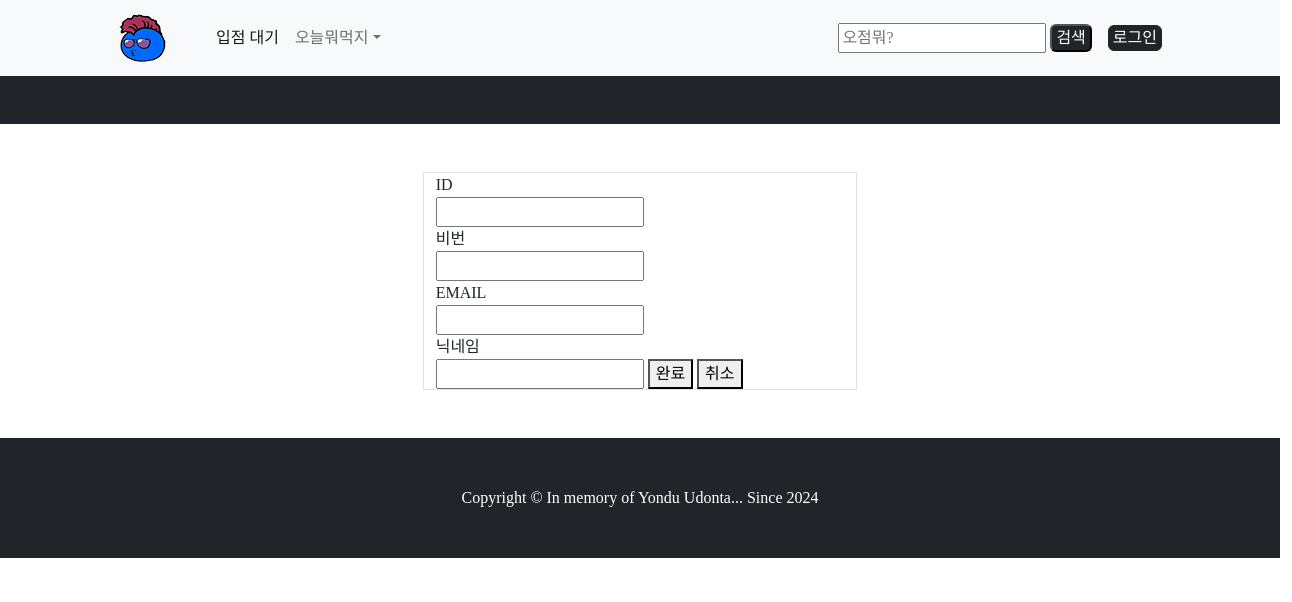
Repository: ashwan94/ydzone
Page: http://localhost/YonduZone/signUp
An editor plug-in stored every save of this project. The page is shown before and after the next save, followed by the edit.
The browser window is 1280 px wide. The page is 1292 px wide, so the pictures cover 1292 px, including what lies to the right of the window. The pictures show the whole page.
Some web fonts or font styles are not loaded; a fallback is used. The page is served by Tomcat 9. Other server files are loaded and not shown.

Above is the page before, as saved 2024-05-01 11:02:22.

### YonduZone/src/main/webapp/WEB-INF/views/common/signUp.jsp
<%@ page language="java" contentType="text/html; charset=UTF-8"
	pageEncoding="UTF-8"%>
<jsp:include page="/WEB-INF/views/common/header.jsp">
	<jsp:param value="회원가입" name="title" />
</jsp:include>

<div class="row my-5">
	<div class="col-4"></div>
	<div class="col-4 border">
		<form action="/signUp" method="post" id="signUpForm">
			<label>
				<div>ID</div>
				<input type="text" name="id">
			</label>
			<label>
				<div>비번</div>
				<input type="password" name="pw">
			</label>
			<label>
				<div>EMAIL</div>
				<input type="email" name="email">
			</label>
			<label>
				<div>닉네임</div>
				<input type="text" name="nickName">
			</label>
			<input type="hidden" value="${msg }" id="msg">
			<button type="submit" id="submitBtn">완료</button>
			<button type="button" id="backBtn">취소</button>
		</form>
	</div>
	<div class="col-4"></div>
</div>


<script>
	const msgEl = document.querySelector("#msg");
	if(msgEl.value != ""){
		alert(msgEl.value);
	}

	const submitBtn = document.querySelector("#submitBtn");
	const backBtn = document.querySelector("#backBtn");

	submitBtn.addEventListener("click", function(e) {
		e.preventDefault();

		const idEl = document.querySelector("[name='id']");
		const pwEl = document.querySelector("[name='pw']");
		const emailEl = document.querySelector("[name='email']");
		const nickNameEl = document.querySelector("[name='nickName']");

		if(idEl.value == "" || pwEl.value == "" || emailEl.value == "" || nickNameEl.value == "") {
			alert("누락된 정보가 있습니다.");
		}else{
			const form = document.querySelector("#signUpForm");
			form.submit();
		}
	})

	backBtn.addEventListener("click", function() {
		history.back();
	});


</script>
<jsp:include page="/WEB-INF/views/common/footer.jsp" />

### YonduZone/src/main/webapp/WEB-INF/views/common/header.jsp
<%@ page language="java" contentType="text/html; charset=UTF-8"
	pageEncoding="UTF-8"%>
<%@ taglib prefix="c" uri="http://java.sun.com/jsp/jstl/core"%>
<!DOCTYPE html>
<html lang="en">
<head>
<meta charset="UTF-8">
<meta name="viewport"
	content="width=device-width, initial-scale=1, shrink-to-fit=no" />
<meta name="description" content="" />
<meta name="author" content="" />
<!-- Favicon-->
<link rel="icon" type="image/x-icon" href="assets/favicon.ico" />
<!-- Bootstrap icons-->
<link
	href="https://cdn.jsdelivr.net/npm/bootstrap-icons@1.5.0/font/bootstrap-icons.css"
	rel="stylesheet" />
<!-- Core theme CSS (includes Bootstrap)-->
<link href="/Bootstrap/css/styles.css" rel="stylesheet" />
<title>${param.title }</title>
<style>
	a{
		text-decoration:none;
		color:black;
	}
	a:hover{
		color:rgb(57, 151, 255);
	}

	@font-face {
    font-family: 'SUIT-Regular';
    src: url('https://cdn.jsdelivr.net/gh/projectnoonnu/noonfonts_suit@1.0/SUIT-Regular.woff2') format('woff2');
    font-weight: normal;
    font-style: normal;
	}

	* {
		font-family: 'SUIT-Regular';
	}
</style>

</head>
<body>
	<header>
		<nav class="navbar navbar-expand-lg navbar-light bg-light">
			<div class="container px-4 px-lg-5">
				<a class="navbar-brand" href="/main"><img src="${pageContext.request.contextPath }/Source/header/logo/main_logo.png" alt="Welcome to YouduZone!"></a>
				<button class="navbar-toggler" type="button" data-bs-toggle="collapse" data-bs-target="#navbarSupportedContent" aria-controls="navbarSupportedContent" aria-expanded="false" aria-label="Toggle navigation">
					<span class="navbar-toggler-icon"></span>
				</button>
				<div class="collapse navbar-collapse" id="navbarSupportedContent">
					<ul class="navbar-nav me-auto mb-2 mb-lg-0 ms-lg-4">
						<li class="nav-item">
							<a class="nav-link active" aria-current="page" href="/restaurant/stanby?userNo=${sessionScope.user.no }" data-value="${sessionScope.user.no }" id="stanbyRestaurant">입점 대기</a>
						</li>
						<li class="nav-item dropdown">
                            <a class="nav-link dropdown-toggle" id="navbarDropdown" href="#" role="button" data-bs-toggle="dropdown" aria-expanded="false">오늘뭐먹지</a>
                            <ul class="dropdown-menu text-center" aria-labelledby="navbarDropdown">
                                <li><a class="dropdown-item" href="/restaurant/category?category=밥">밥</a></li>
                                <li><a class="dropdown-item" href="/restaurant/category?category=국/찌개">국/찌개</a></li>
                                <li><a class="dropdown-item" href="/restaurant/category?category=면/분식">면/분식</a></li>
                                <li><a class="dropdown-item" href="/restaurant/category?category=야식">야식</a></li>
                            </ul>
                        </li>
					</ul>

					<form action="/restaurant/search" method="get" class="d-flex">
						<label>
							<input type="text" name="searchWord" placeholder="오점뭐?" id="searchBar">
							<button type="submit" class="badge bg-dark text-white fs-6 rounded-25 p-1 fw-normal me-3">검색</button>
						</label>
					</form>
					<c:choose>
						<c:when test="${not empty sessionScope.user }">
							<a href="/restaurant/add" class="badge d-flex bg-dark text-white mx-2 p-1 rounded-25 fs-6 fw-normal">밥집 추가</a>
							<a href="/user/view"><span class="badge bg-dark text-white p-1 rounded-25 fs-6 fw-normal me-2">${sessionScope.user.nickName } 님</span></a>
							<form action="/logout" method="get">
								<button type="submit" class="d-flex badge bg-dark text-white p-1 rounded-25 fs-6 fw-normal">로그아웃</button>
							</form>
						</c:when>
						<c:otherwise>
							<form action="/login" method="get" class="d-flex">
								<button type="submit" class="badge btn btn-outline-dark bg-dark text-white p-1 rounded-25 fs-6 fw-normal">로그인</button>
							</form>
							<input type="hidden" id="loginCheck" value="${empty sessionScope.user }">
						</c:otherwise>
					</c:choose>
				</div>
			</div>
		</nav>
		<div class="container-fluid bg-dark p-3">
			<div class="text-center text-white my-3">
				<h1 class="display-4 fw-bolder">${param.center }</h1>
				<p class="lead fw-normal text-white-50 mb-0">${param.content }</p>
			</div>
		</div>
	</header>

### YonduZone/src/main/webapp/WEB-INF/views/common/footer.jsp
<%@ page language="java" contentType="text/html; charset=UTF-8"
	pageEncoding="UTF-8"%>
<footer class="py-5 bg-dark">
<div class="container">
	<p class="m-0 text-center text-white">Copyright &copy; In memory of Yondu Udonta... Since 2024</p>
</div>
</footer>
<!-- Bootstrap core JS-->
<script src="https://cdn.jsdelivr.net/npm/bootstrap@5.3.3/dist/js/bootstrap.bundle.min.js"></script>
<!-- Core theme JS-->
<script src="/Bootstrap/js/scripts.js"></script>
<script>
	const priceEl = document.querySelectorAll(".price");

	priceEl.forEach(el => {
		if(el == null) {
			console.log("There are no any price elements");
		} else{
			el.innerText = parseInt(el.innerText).toLocaleString() + "원";
		}
	})

	/* const searchBar = document.querySelector("#searchBar");
	searchBar.select(); */

	const loginCheck = document.querySelector("#loginCheck");
	const stanbyRestaurant = document.querySelector("#stanbyRestaurant");

	stanbyRestaurant.addEventListener("click", function(e) {
		e.preventDefault();

		if(loginCheck) {
			alert("로그인 이후 이용 가능합니다.");
			location.href = "/login";
		}else{
			location.href = "/restaurant/stanby?userNo=" + stanbyRestaurant.getAttribute("data-value");
		}
	})
</script>
</body>
</html>

### YonduZone/src/main/java/common/SignUpServlet.java
package common;

import java.io.IOException;
import java.net.URLEncoder;

import javax.servlet.ServletContext;
import javax.servlet.ServletException;
import javax.servlet.annotation.WebServlet;
import javax.servlet.http.HttpServlet;
import javax.servlet.http.HttpServletRequest;
import javax.servlet.http.HttpServletResponse;

import org.apache.ibatis.session.SqlSession;

import user.UserService;
import user.UserVO;

/**
 * Servlet implementation class SignUpServlet
 */
@WebServlet("/signUp")
public class SignUpServlet extends HttpServlet {
	private UserService service;

	@Override
		public void init() throws ServletException {
			ServletContext servletContext = getServletContext();
			SqlSession session = (SqlSession) servletContext.getAttribute("sqlSession");
			this.service = new UserService(session);
		}

	protected void doGet(HttpServletRequest request, HttpServletResponse response) throws ServletException, IOException {
		request.getRequestDispatcher("/WEB-INF/views/common/signUp.jsp").forward(request, response);
	}

	protected void doPost(HttpServletRequest request, HttpServletResponse response) throws ServletException, IOException {
		String id = request.getParameter("id");
		String pw = request.getParameter("pw");
		String email = request.getParameter("email");
		String nickName = request.getParameter("nickName");

		UserVO checkUser = service.getUser(new UserVO(id, pw));

		if(checkUser == null) {
			int insertUser = service.insertUser(new UserVO(id, pw, email, nickName));

			if(insertUser > 0) {
				String msg = URLEncoder.encode("회원가입이 완료되었습니다!", "UTF-8");
				response.sendRedirect("/login?msg=" + msg);
			}

		}else {
			request.setAttribute("msg", "이미 존재하는 계정입니다.");
			request.getRequestDispatcher("/WEB-INF/views/common/signUp.jsp").forward(request, response);
		}


	}

}

Loaded but not shown: YonduZone/src/main/webapp/Bootstrap/css/styles.css (library); YonduZone/src/main/webapp/Bootstrap/js/scripts.js (common file)

After the next save:
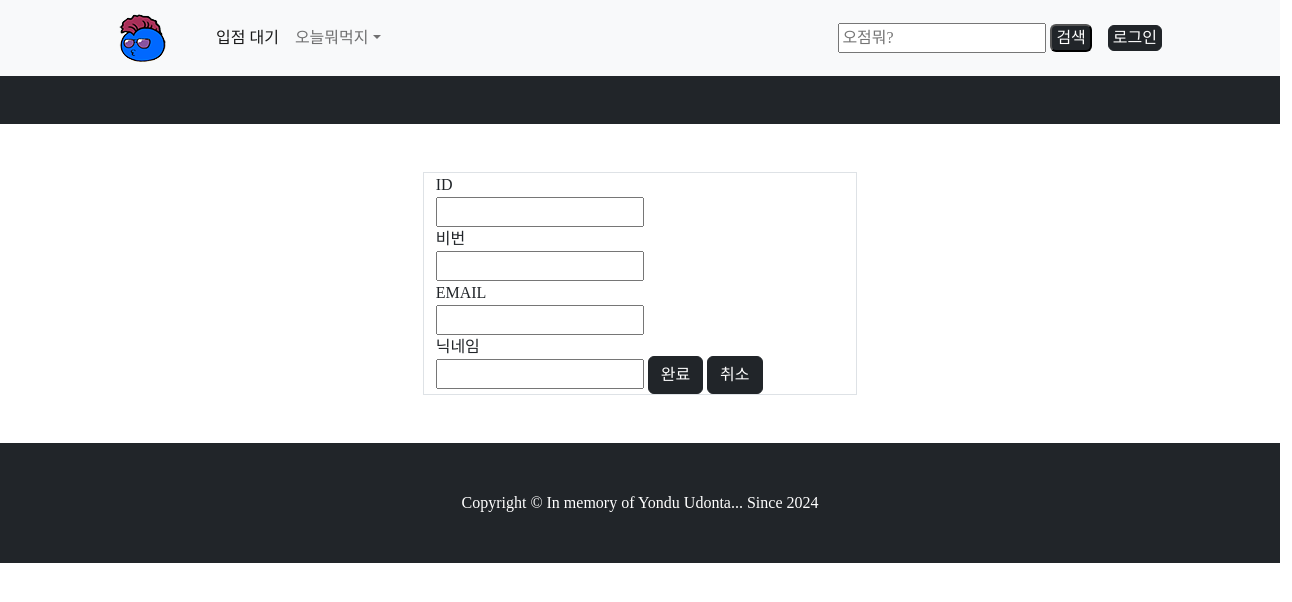
Saved 24 s later.
--- a/YonduZone/src/main/webapp/WEB-INF/views/common/signUp.jsp
+++ b/YonduZone/src/main/webapp/WEB-INF/views/common/signUp.jsp
@@ -25,8 +25,8 @@
 				<input type="text" name="nickName">
 			</label>
 			<input type="hidden" value="${msg }" id="msg">
-			<button type="submit" id="submitBtn">완료</button>
-			<button type="button" id="backBtn">취소</button>
+			<button type="submit" id="submitBtn" class="btn btn-dark">완료</button>
+			<button type="button" id="backBtn" class="btn btn-dark">취소</button>
 		</form>
 	</div>
 	<div class="col-4"></div>
